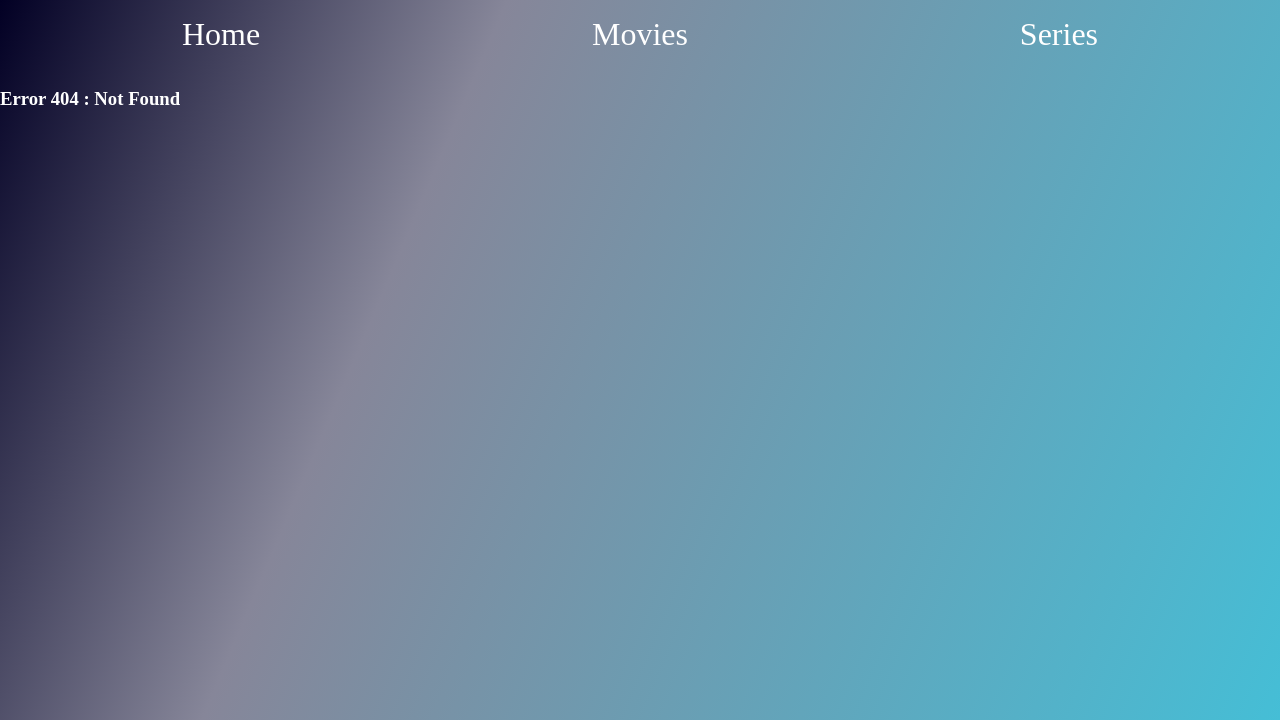
Repository: leo7mdz/app-movies-react
Page: /movies
An editor plug-in stored every save of this project. The page is shown before and after the next save, followed by the edit.
The browser window is 1280 px wide. The pictures show the whole page.
The page's requests for data from a server got no answer. The project was rebuilt for these pictures with package versions that can differ from the ones it lists, and the page was loaded fresh each time. No one was signed in, and anything a server would have sent is missing. Also part of the build but not shown: vite.config.js, src/components/details.module.css, src/pages/Details.jsx, src/components/Card.module.css, src/components/Card.jsx, src/components/GridCard.module.css, src/components/loader.module.css, src/components/Loader.jsx and 7 more.

Above is the page before, as saved 2023-03-13 15:32:08.

After the next save:
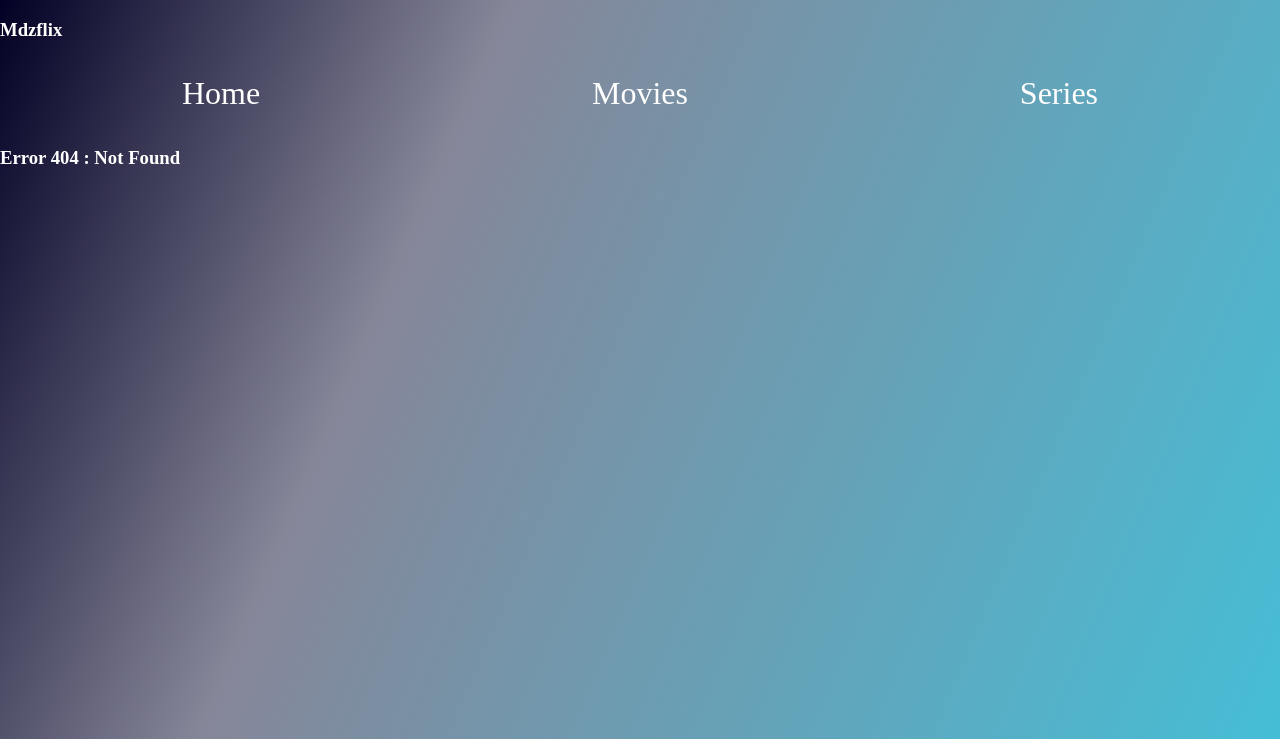
Saved 72 s later.
--- a/src/components/NavBar.jsx
+++ b/src/components/NavBar.jsx
@@ -5,6 +5,7 @@
 const NavBar = () => {
   return (
     <nav className={style.nav}>
+      <h3>Mdzflix</h3>
       <ul>
         <li>
           <Link to="/">Home</Link>
